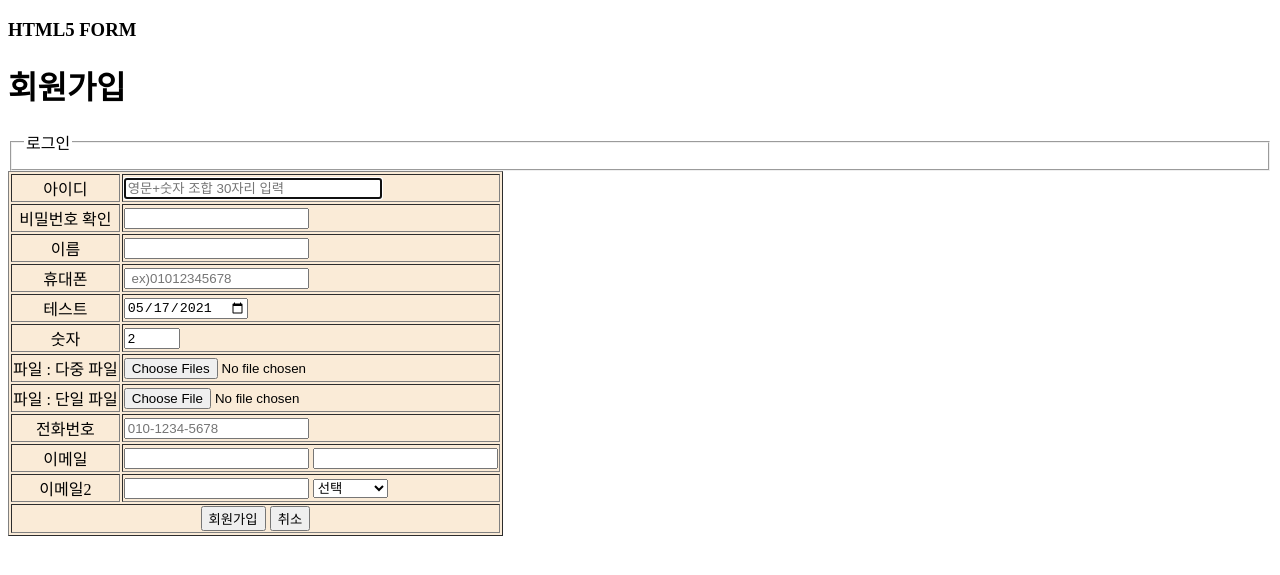
Repository: helloJunejun/WorkSpace_WebUi
Page: 0.3html5_form/src/main/webapp/sample_html5-1.html
The author's editor kept a copy of each file at every save. The page is drawn from the files as they stood at one save, then again after the next save.
The browser window is 1280 px wide. The pictures show the whole page.

Above is the page before, as saved 2021-06-24 07:51:09.

After the next save:
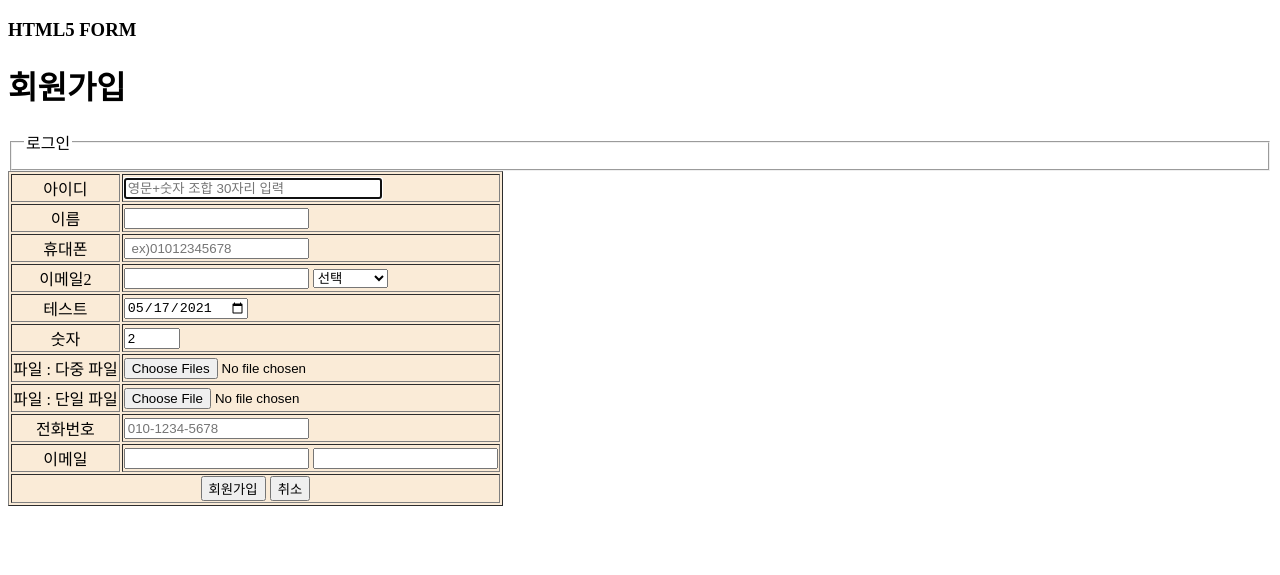
Saved 62 s later.
--- a/0.3html5_form/src/main/webapp/sample_html5-1.html
+++ b/0.3html5_form/src/main/webapp/sample_html5-1.html
@@ -29,10 +29,7 @@
 
 
 
-                     <tr>
-                        <td align="center">비밀번호 확인</td>
-                        <td><input type = "password" name="memberPwConfirm"  ></td>
-                     </tr>
+
 
                      <tr>
                         <td align="center">이름</td>
@@ -43,6 +40,21 @@
                         <td align="center">휴대폰</td>
                         <td>
                            <input type = "password" name="mobile"  placeholder=" ex)01012345678">
+                        </td>
+                     </tr>
+
+                       <tr>
+                        <td align="center">이메일2</td>
+                        <td>
+                           <input type = "text" name="email2">
+
+                           <select name = "selectEmail">
+                              <option value = "none"> 선택 </option>
+                              <option value = "@naver.com"> 네이버 </option>
+                              <option value = "@gmail.com"> 구글 </option>
+                              <option value = "@daum.net"> 다음 </option>
+                              <option value = "userInput"> 직접 입력 </option>
+                           </select>
                         </td>
                      </tr>
 
@@ -91,20 +103,7 @@
                         </td>
                      </tr>
 
-                     <tr>
-                        <td align="center">이메일2</td>
-                        <td>
-                           <input type = "text" name="email2">
 
-                           <select name = "selectEmail">
-                              <option value = "none"> 선택 </option>
-                              <option value = "@naver.com"> 네이버 </option>
-                              <option value = "@gmail.com"> 구글 </option>
-                              <option value = "@daum.net"> 다음 </option>
-                              <option value = "userInput"> 직접 입력 </option>
-                           </select>
-                        </td>
-                     </tr>
 
 
                      <tr>
